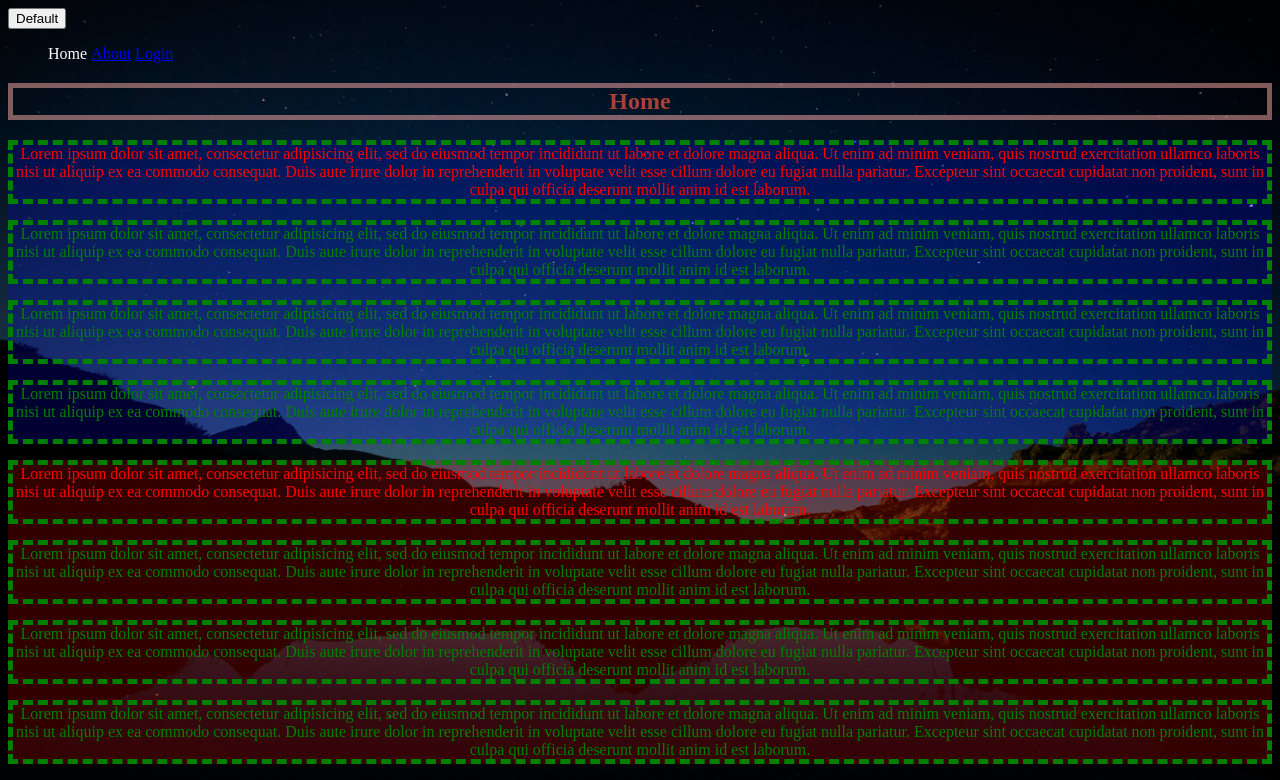
Repository: rileymeye1/ZTM
Page: project_files/index.html
These files come from the project's save history. The page is drawn as it stood at one moment and after the next save; the edit follows.
The browser window is 1280 px wide. The pictures show the whole page.

Above is the page before, as saved 2024-08-19 16:55:16.

### project_files/index.html

<!DOCTYPE html>
<html>
<head>
  <title>My first website!</title>
  <link rel="stylesheet" type="text/css" href="style.css">
</head>
<body>
  <button class="btn btn-primary">Default</button>
  <header>
    <nav>
      <ul>
        <li>Home</li>
        <li><a href="about.html">About</a></li>
        <li><a href="login.html">Login</a></li>
      </ul>
    </nav>
  </header>
  <section>
    <h2>Home</h2>
    <div id="div1">
      <p class="webtext active">Lorem ipsum dolor sit amet, consectetur adipisicing elit, sed do eiusmod
      tempor incididunt ut labore et dolore magna aliqua. Ut enim ad minim veniam,
      quis nostrud exercitation ullamco laboris nisi ut aliquip ex ea commodo
      consequat. Duis aute irure dolor in reprehenderit in voluptate velit esse
      cillum dolore eu fugiat nulla pariatur. Excepteur sint occaecat cupidatat non
      proident, sunt in culpa qui officia deserunt mollit anim id est laborum.</p>
      <p class="webtext">Lorem ipsum dolor sit amet, consectetur adipisicing elit, sed do eiusmod
      tempor incididunt ut labore et dolore magna aliqua. Ut enim ad minim veniam,
      quis nostrud exercitation ullamco laboris nisi ut aliquip ex ea commodo
      consequat. Duis aute irure dolor in reprehenderit in voluptate velit esse
      cillum dolore eu fugiat nulla pariatur. Excepteur sint occaecat cupidatat non
      proident, sunt in culpa qui officia deserunt mollit anim id est laborum.</p>
      <p class="webtext">Lorem ipsum dolor sit amet, consectetur adipisicing elit, sed do eiusmod
      tempor incididunt ut labore et dolore magna aliqua. Ut enim ad minim veniam,
      quis nostrud exercitation ullamco laboris nisi ut aliquip ex ea commodo
      consequat. Duis aute irure dolor in reprehenderit in voluptate velit esse
      cillum dolore eu fugiat nulla pariatur. Excepteur sint occaecat cupidatat non
      proident, sunt in culpa qui officia deserunt mollit anim id est laborum.</p>
      <p class="webtext">Lorem ipsum dolor sit amet, consectetur adipisicing elit, sed do eiusmod
      tempor incididunt ut labore et dolore magna aliqua. Ut enim ad minim veniam,
      quis nostrud exercitation ullamco laboris nisi ut aliquip ex ea commodo
      consequat. Duis aute irure dolor in reprehenderit in voluptate velit esse
      cillum dolore eu fugiat nulla pariatur. Excepteur sint occaecat cupidatat non
      proident, sunt in culpa qui officia deserunt mollit anim id est laborum.</p>
    </div>
    <div id="div2">
      <p class="webtext active">Lorem ipsum dolor sit amet, consectetur adipisicing elit, sed do eiusmod
      tempor incididunt ut labore et dolore magna aliqua. Ut enim ad minim veniam,
      quis nostrud exercitation ullamco laboris nisi ut aliquip ex ea commodo
      consequat. Duis aute irure dolor in reprehenderit in voluptate velit esse
      cillum dolore eu fugiat nulla pariatur. Excepteur sint occaecat cupidatat non
      proident, sunt in culpa qui officia deserunt mollit anim id est laborum.</p>
      <p class="webtext">Lorem ipsum dolor sit amet, consectetur adipisicing elit, sed do eiusmod
      tempor incididunt ut labore et dolore magna aliqua. Ut enim ad minim veniam,
      quis nostrud exercitation ullamco laboris nisi ut aliquip ex ea commodo
      consequat. Duis aute irure dolor in reprehenderit in voluptate velit esse
      cillum dolore eu fugiat nulla pariatur. Excepteur sint occaecat cupidatat non
      proident, sunt in culpa qui officia deserunt mollit anim id est laborum.</p>
      <p class="webtext">Lorem ipsum dolor sit amet, consectetur adipisicing elit, sed do eiusmod
      tempor incididunt ut labore et dolore magna aliqua. Ut enim ad minim veniam,
      quis nostrud exercitation ullamco laboris nisi ut aliquip ex ea commodo
      consequat. Duis aute irure dolor in reprehenderit in voluptate velit esse
      cillum dolore eu fugiat nulla pariatur. Excepteur sint occaecat cupidatat non
      proident, sunt in culpa qui officia deserunt mollit anim id est laborum.</p>
      <p class="webtext">Lorem ipsum dolor sit amet, consectetur adipisicing elit, sed do eiusmod
      tempor incididunt ut labore et dolore magna aliqua. Ut enim ad minim veniam,
      quis nostrud exercitation ullamco laboris nisi ut aliquip ex ea commodo
      consequat. Duis aute irure dolor in reprehenderit in voluptate velit esse
      cillum dolore eu fugiat nulla pariatur. Excepteur sint occaecat cupidatat non
      proident, sunt in culpa qui officia deserunt mollit anim id est laborum.</p>
    </div>
  </section>
</body>
</html>

### project_files/style.css
/* Selector {
  Property: value;
} */

body {
  background-image: url(background.jpg);
  background-size: cover;
}

h2, p {
  color: #AA4139;
  text-align: center;
  border: 5px solid rgb(255, 176, 170, 0.5);
  cursor: pointer;
}

p {
  color: pink;
}

p {
  color: green;
}

li {
  list-style: none;
  color: white;
  display: inline-block;
}

.webtext {
  border: 5px dashed green;
}

.active {
  color: red;
}

#div1 {
  background: rgba(0, 0, 255, 0.2);
}

#div2 {
  background: rgba(255, 0, 0, 0.2);
}

After the next save:
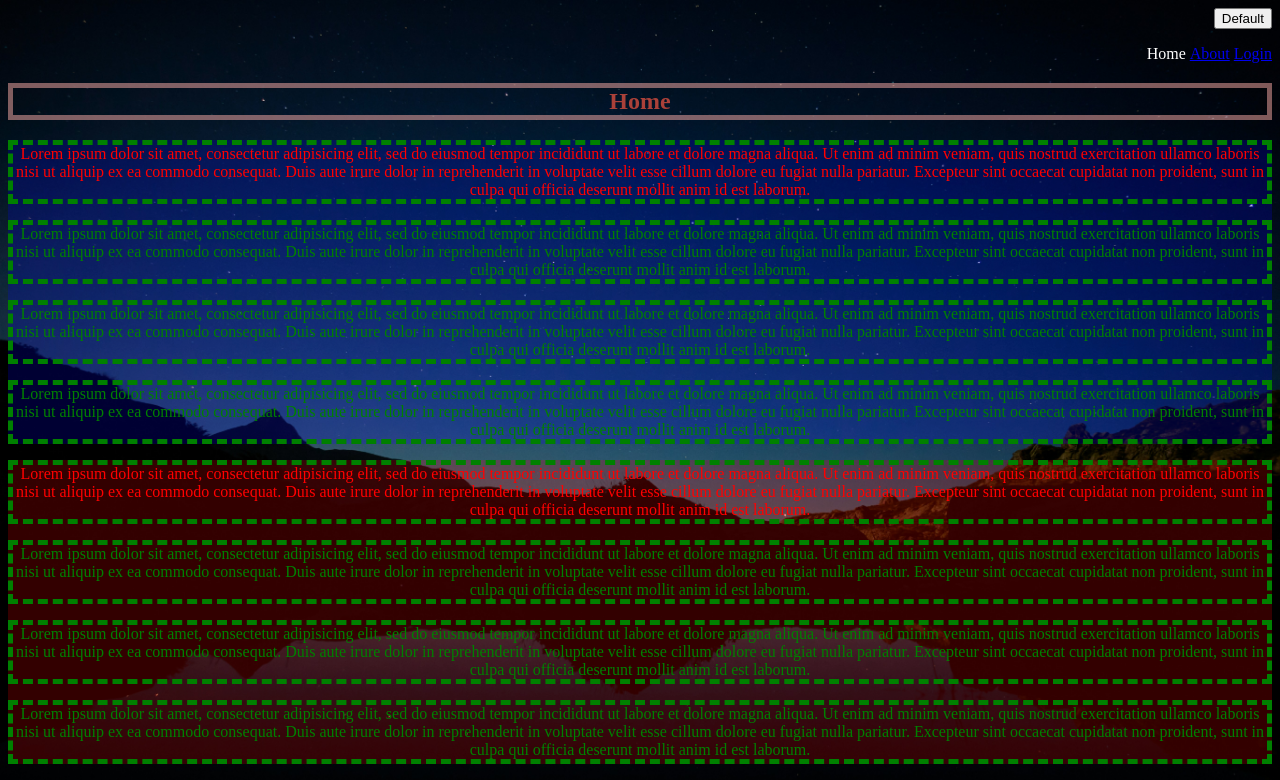
Saved 58 s later.
--- a/project_files/style.css
+++ b/project_files/style.css
@@ -1,6 +1,10 @@
 /* Selector {
   Property: value;
 } */
+
+* {
+  text-align: right;
+}
 
 body {
   background-image: url(background.jpg);
